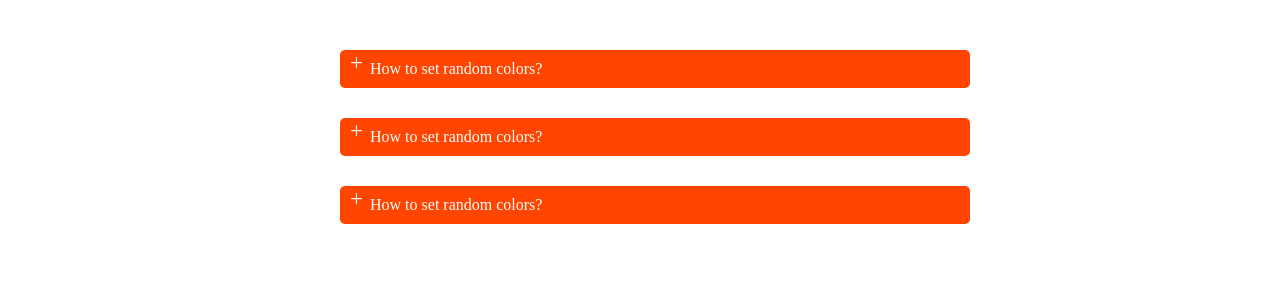
Repository: truongtn04/f8-fullstack-k5
Page: day05/ex02.html
The author's editor kept a copy of each file at every save. The page is drawn from the files as they stood at one save, then again after the next save.
The browser window is 1280 px wide. The pictures show the whole page.

Above is the page before, as saved 2023-12-04 11:27:12.

After the next save:
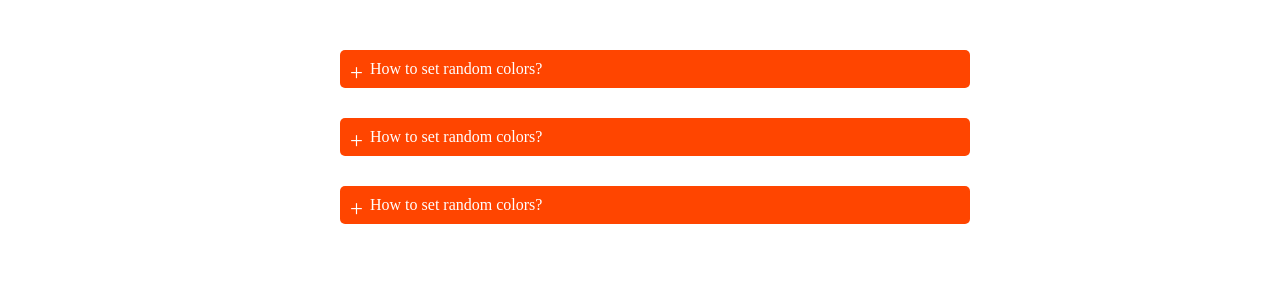
Saved 25 s later.
--- a/day05/css/ex02.css
+++ b/day05/css/ex02.css
@@ -25,7 +25,7 @@ label::before{
     content:'+';
     position: absolute;
     font-size: 23px;
-    top: 0;
+    top: 10px;
     left: 10px;
 }
 .text{
